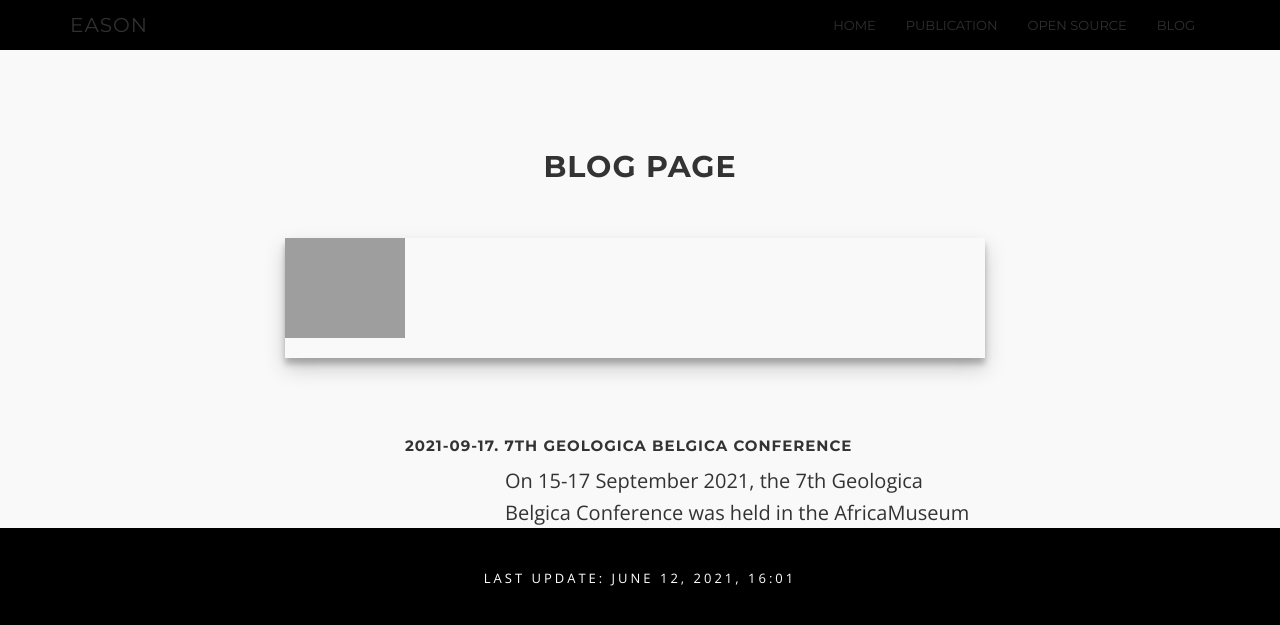
Repository: eazzzon/eazzzon.github.io
Page: blog.html
These files come from the project's save history. The page is drawn as it stood at one moment and after a run of saves; the edit follows.
The browser window is 1280 px wide. The pictures show the whole page.
Pictures or frames that could not be fetched are drawn as grey boxes.

Above is the page before, as saved 2021-09-18 13:18:39.

After the next 3 saves:
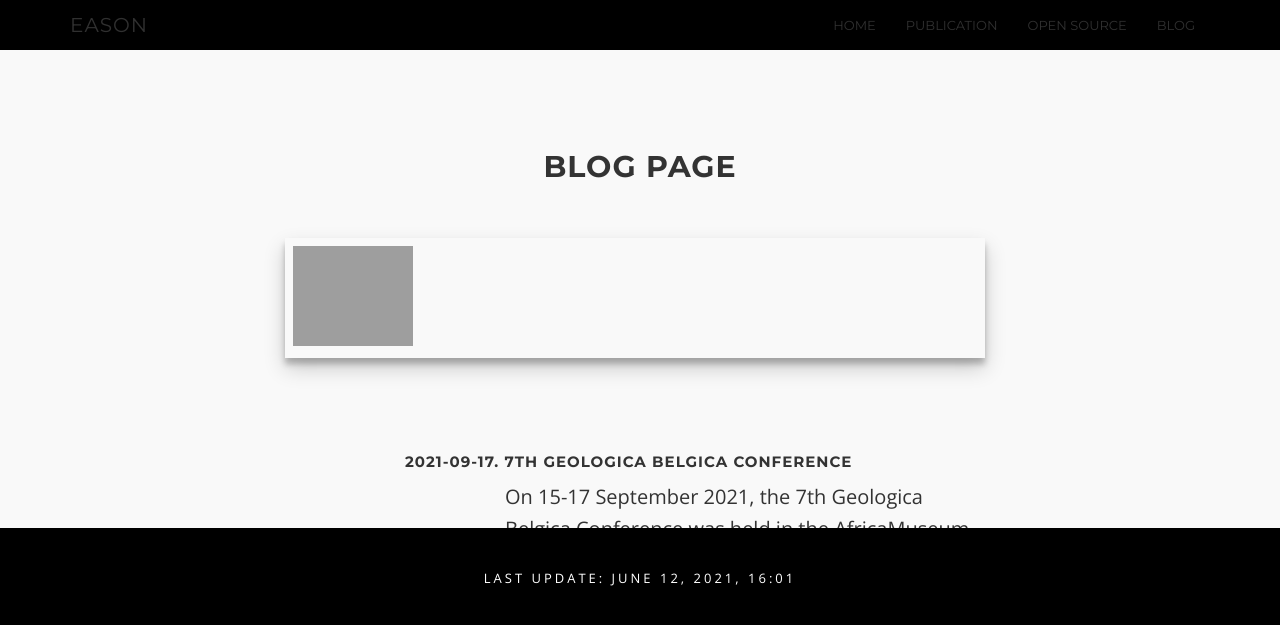
The 3 saves are shown as one change because they came seconds apart.
The last was saved 16 s later.
--- a/css/theme.css
+++ b/css/theme.css
@@ -431,7 +431,7 @@ section {
 	width: 120px;
 	height: 100px;
 	padding: 0px;
-	margin: 0px;
+	margin: 8px;
   }
 
   .box-text {
